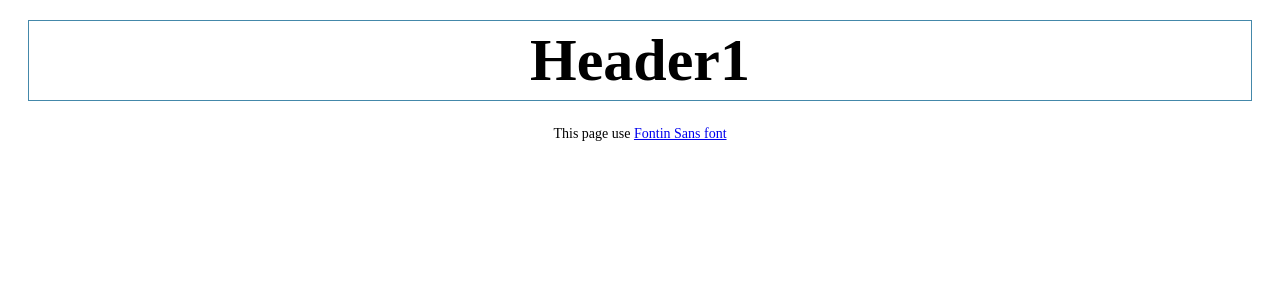
Repository: lixinso/html5
Page: workspace/CSS3/WebContent/text_styles/text-local-font.html
These files come from the project's save history. The page is drawn as it stood at one moment and after the next save; the edit follows.
The browser window is 1280 px wide. The pictures show the whole page.

Above is the page before, as saved 2011-05-28 00:51:49.

After the next save:
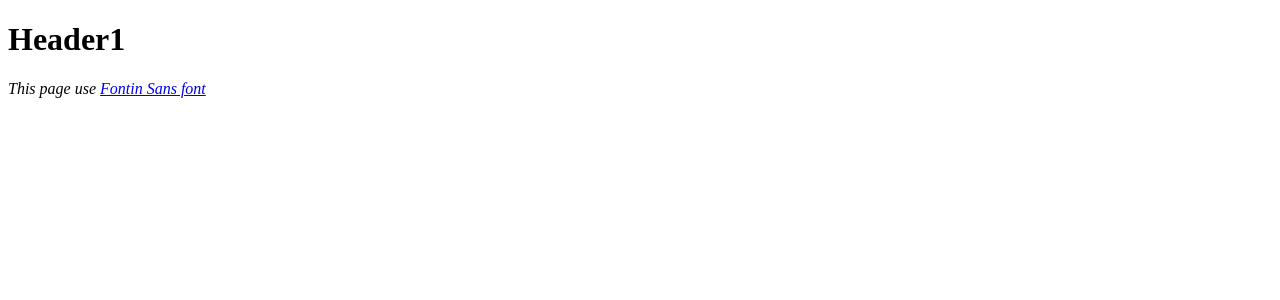
Saved 19 s later.
--- a/workspace/CSS3/WebContent/text_styles/text-local-font.html
+++ b/workspace/CSS3/WebContent/text_styles/text-local-font.html
@@ -22,23 +22,11 @@
 		font-size: 40px;
 	}
 
-	h1{
-		font-family: WebFont;
-		font-size: 60px;
-		text-align: center;
-		border: solid 1px #4488aa;
-		margin: 20px;
-		padding: 5px;
+	div#div1
+	{
+
 	}
 
-	address{
-		font-family: WebFont;
-		font-size: 14px;
-		font-style: normal;
-		text-align: center;
-		margin: 20px;
-		padding: 5px;
-	}
 
 </style>
 </head>
